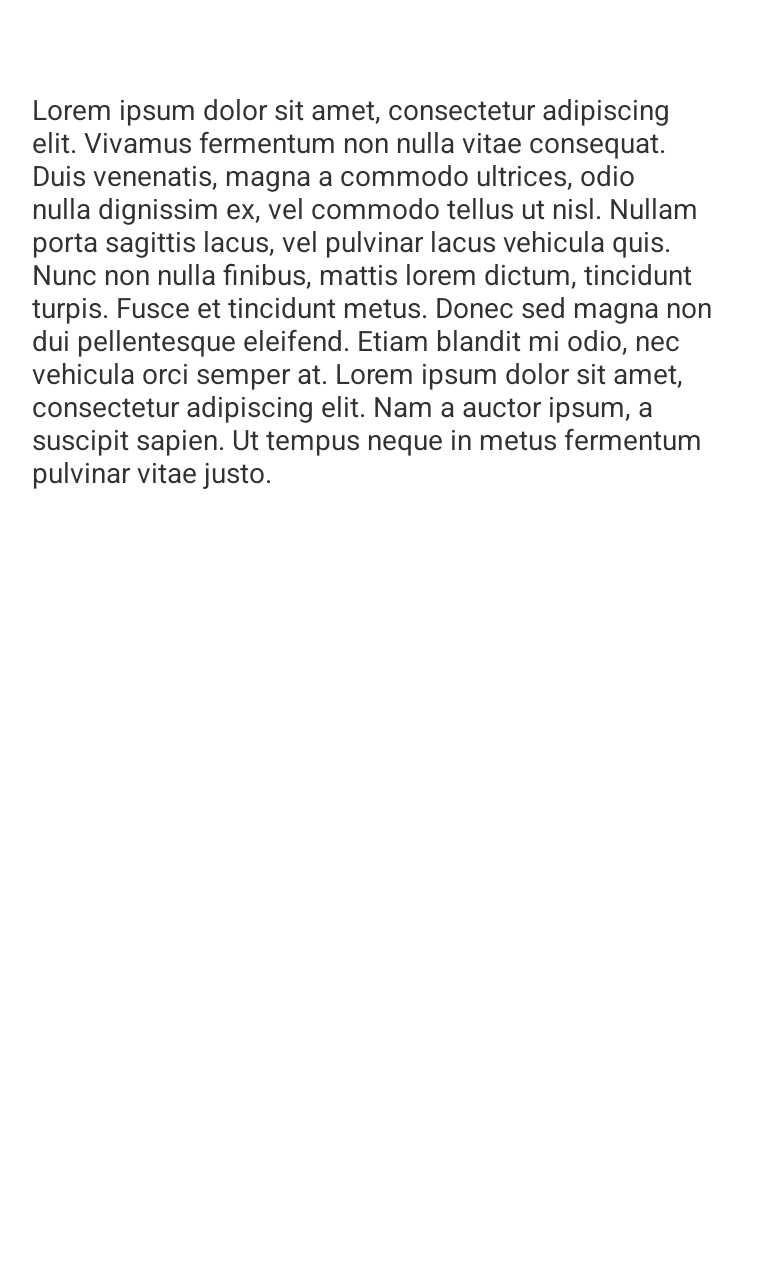
Repository: sam-stewart/in721
Layout: ActivitiesIntentsRequesting/res/layout/activity_data_requesting_settings.xml
These files come from the project's save history. The layout is drawn as it stood at one moment and after the next save; the edit follows.
It is drawn on a 768 x 1280 px phone screen (xhdpi) without system bars, with theme AppTheme; the app's code is not run.

Above is the layout before, as saved 2015-03-07 03:02:18.

After the next save:
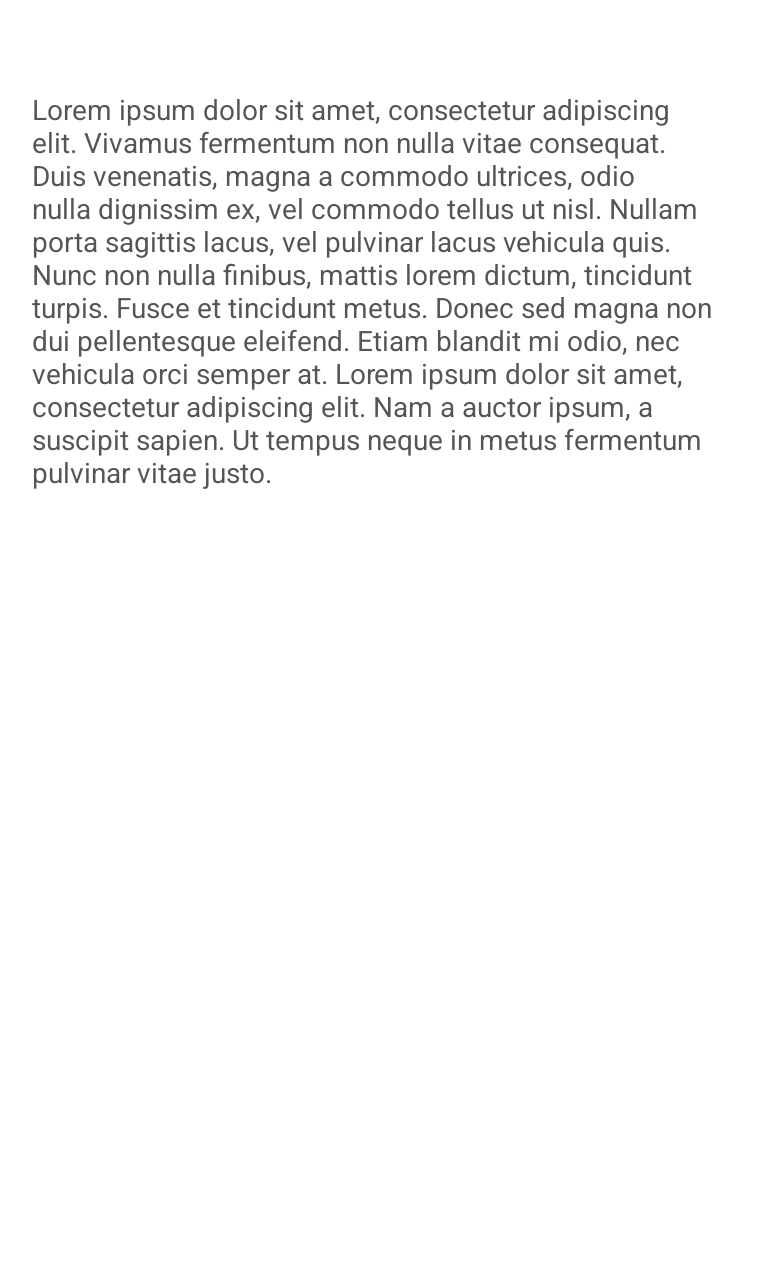
Saved 22 s later.
--- a/ActivitiesIntentsRequesting/res/layout/activity_data_requesting_settings.xml
+++ b/ActivitiesIntentsRequesting/res/layout/activity_data_requesting_settings.xml
@@ -13,6 +13,7 @@
         android:layout_width="wrap_content"
         android:layout_height="wrap_content"
         android:layout_marginTop="29dp"
-        android:text="@string/lorem_ipsum" />
+        android:text="@string/lorem_ipsum"
+        android:textColor="#555555" />
 
 </RelativeLayout>
